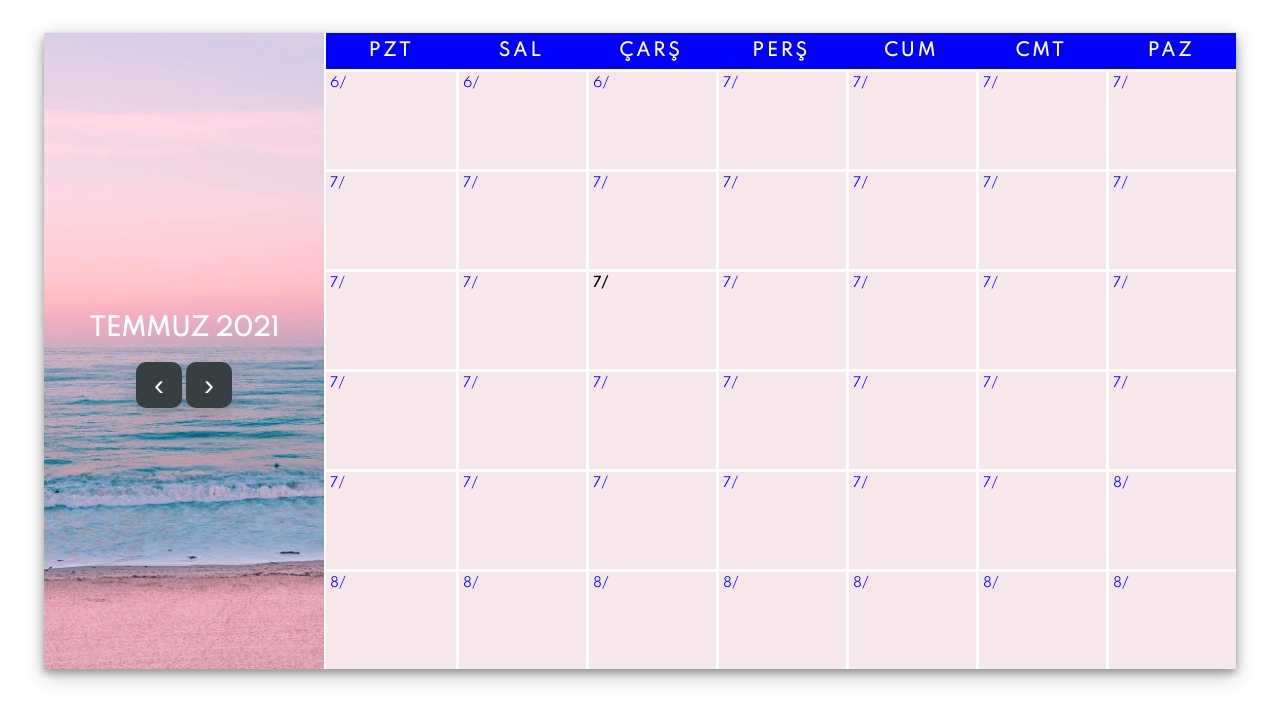
Repository: ahmetbugraozcan/javascript-calendar
Page: tablo.html
These files come from the project's save history. The page is drawn as it stood at one moment and after the next save; the edit follows.
The browser window is 1280 px wide. The pictures show the whole page.

Above is the page before, as saved 2021-07-14 14:12:00.

After the next save:
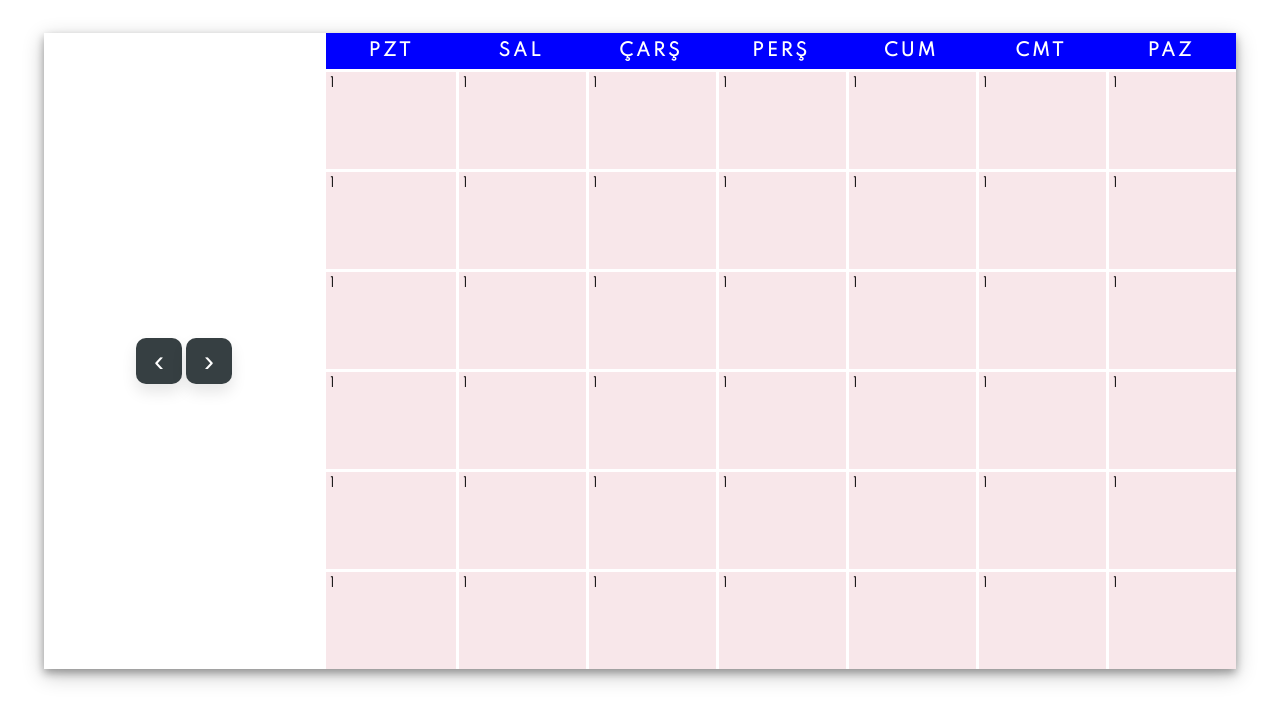
Console error: ReferenceError: Database is not defined
Saved 10 min 25 s later.
--- a/takvim.js
+++ b/takvim.js
@@ -1,6 +1,10 @@
 function daysInMonth(month, year) {
     return new Date(year, month, 0).getDate();
 }
+
+var database= new Database();
+console.log(database.db);
+
 
 
 var currentDate = new Date();

After the 3 saves that followed:
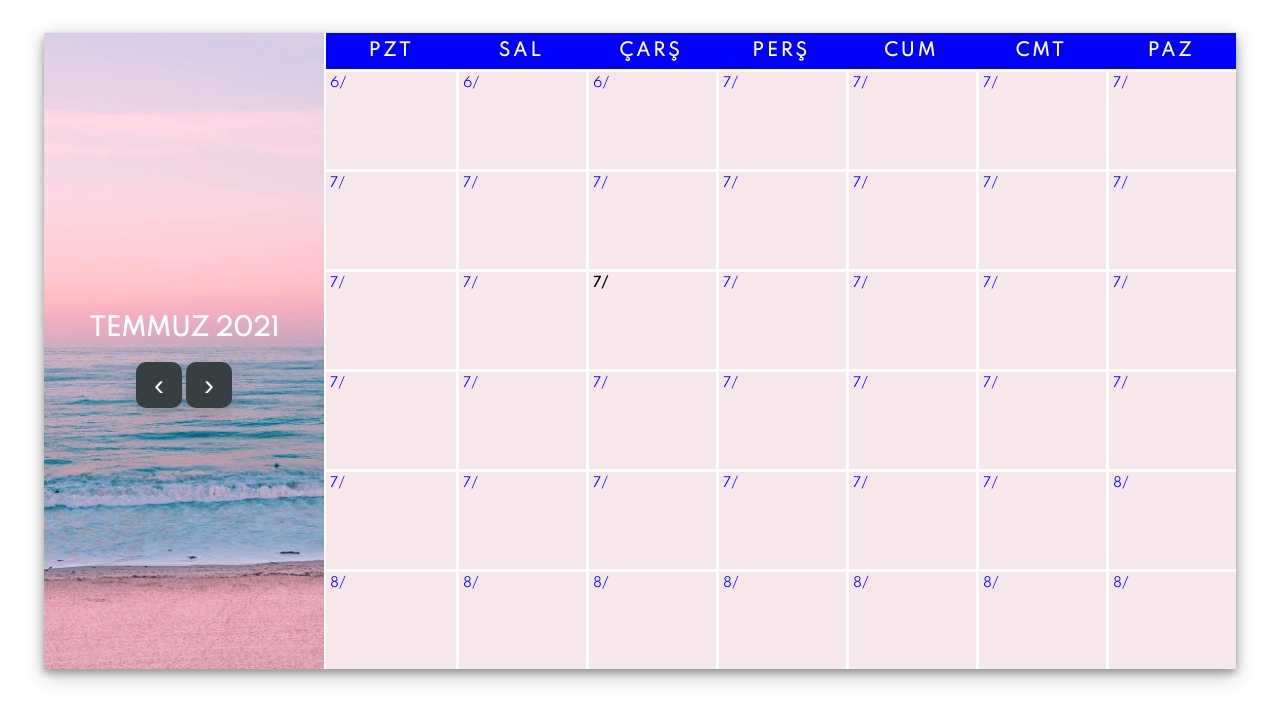
The error is gone.
The 3 saves are shown as one change because 2 left the picture as it was.
The last was saved 2 min 16 s later.
--- a/takvim.js
+++ b/takvim.js
@@ -2,8 +2,7 @@
     return new Date(year, month, 0).getDate();
 }
 
-var database= new Database();
-console.log(database.db);
+
 
 
 
